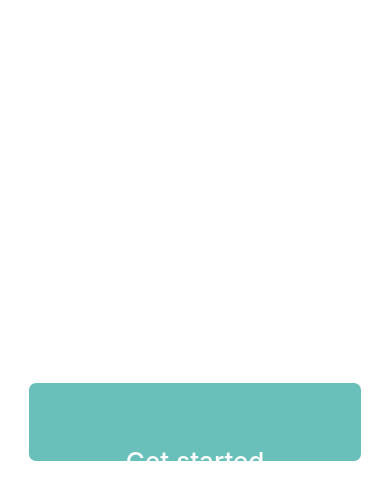
Repository: pheonixlegend/keleya
Screen: /Sign Up
An editor plug-in stored every save of this project. The screen is shown before and after the next save, followed by the edit.
The pictures show rows 422 to 933 of an output 899 px tall.
The app was drawn by React Native's web renderer in a window 390 px wide. The project was rebuilt for these pictures with package versions that can differ from the ones it lists, and the page was loaded fresh each time.

Above is the screen before, as saved 2021-10-01 02:28:37.

After the next save:
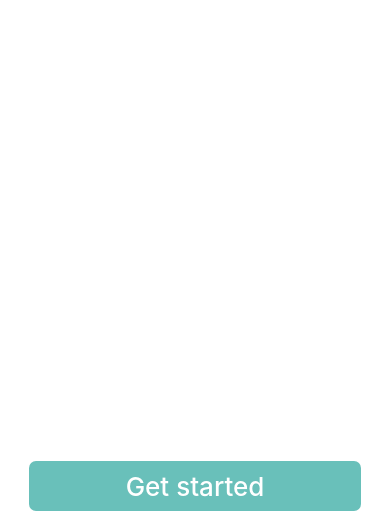
Saved 13 s later.
--- a/screens/SignUp.tsx
+++ b/screens/SignUp.tsx
@@ -69,7 +69,7 @@ const styles = StyleSheet.create({
     position: 'absolute',
     justifyContent: 'center',
     alignItems: 'center',
-    paddingTop: '20%',
+    marginTop: '20%',
   },
 
   customBtnTextBottom: {
